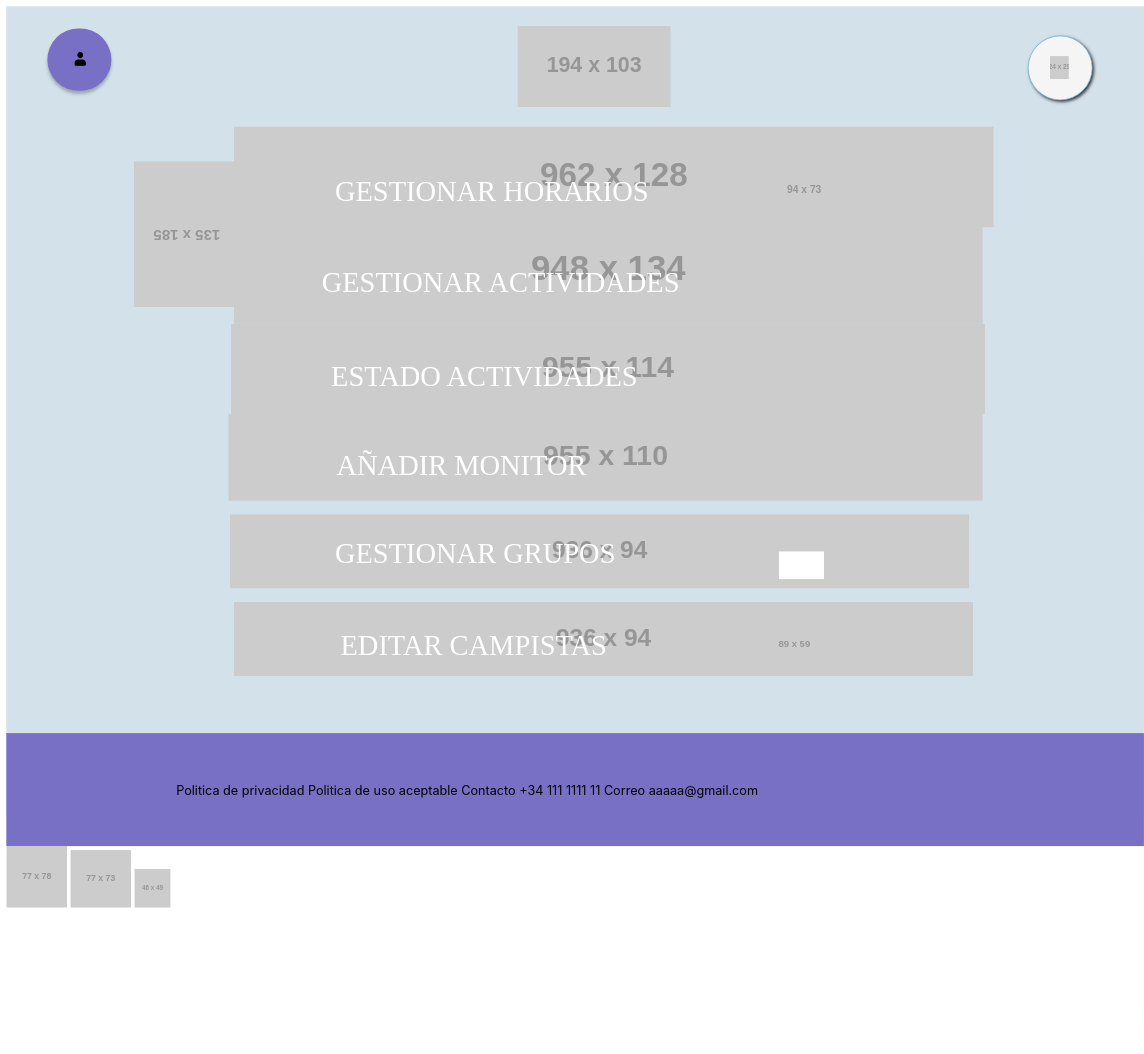
Repository: maariadomiingo/Proyecto-Integrador-Campamento
Page: html/interfaz_coordinador.html
The author's editor kept a copy of each file at every save. The page is drawn from the files as they stood at one save, then again after a run of saves.
The browser window is 1280 px wide. The page is 1448 px wide, so the pictures cover 1448 px, including what lies to the right of the window. The pictures show the whole page, at 79% of full size.

Above is the page before, as saved 2025-01-31 12:02:49.

### html/interfaz_coordinador.html
<div style="width: 1440px; height: 1063px; position: relative; background: white">
    <div style="width: 100%; height: 1025px; left: 0px; top: 0px; position: absolute; background: #D3E1EB"></div>
    <div style="width: 81px; height: 79px; left: 52px; top: 28px; position: absolute; background: #7770C5; box-shadow: 0px 4px 4px rgba(0, 0, 0, 0.25); border-radius: 9999px"></div>
    <img style="width: 19px; height: 21px; left: 84px; top: 56px; position: absolute" src="../img/user.png" />
    <div style="width: 80px; height: 80px; left: 1293px; top: 37px; position: absolute; background: #F5F5F5; box-shadow: 2px 2px 4px rgba(0, 0, 0, 0.75); border-radius: 9999px; border: 1px #7AB3D7 solid"></div>
    <img style="width: 24px; height: 29px; left: 1321px; top: 63px; position: absolute" src="https://via.placeholder.com/24x29" />
    <div style="width: 1440px; height: 143px; left: 0px; top: 920px; position: absolute; background: #7770C5"></div>
    <div style="width: 1009px; left: 215px; top: 982px; position: absolute; color: black; font-size: 16px; font-family: Inter; font-weight: 400; word-wrap: break-word">Politica de privacidad                 Politica de uso aceptable                 Contacto +34 111 1111 11                  Correo aaaaa@gmail.com</div>
    <div style="width: 407px; height: 125px; left: 187px; top: 300px; position: absolute"></div>
    <img style="width: 936px; height: 94px; left: 288px; top: 754px; position: absolute" src="https://via.placeholder.com/936x94" />
    <img style="width: 936px; height: 94px; left: 283px; top: 643px; position: absolute" src="https://via.placeholder.com/936x94" />
    <div style="width: 955px; height: 110px; left: 281px; top: 516px; position: absolute">
      <img style="width: 955px; height: 110px; left: 0px; top: 0px; position: absolute" src="https://via.placeholder.com/955x110" />
      <div style="width: 455px; height: 17.65px; left: 137px; top: 44px; position: absolute; color: white; font-size: 36px; font-family: Montserrat; font-weight: 500; word-wrap: break-word">AÑADIR MONITOR</div>
    </div>
    <div style="width: 955px; height: 114px; left: 284px; top: 402px; position: absolute">
      <img style="width: 955px; height: 114px; left: 0px; top: 0px; position: absolute" src="https://via.placeholder.com/955x114" />
      <div style="width: 533px; height: 18.30px; left: 127px; top: 46.41px; position: absolute; color: white; font-size: 36px; font-family: Montserrat; font-weight: 500; word-wrap: break-word">ESTADO ACTIVIDADES</div>
    </div>
    <div style="width: 948px; height: 134px; left: 288px; top: 268px; position: absolute">
      <img style="width: 948px; height: 134px; left: 0px; top: 0px; position: absolute" src="https://via.placeholder.com/948x134" />
      <div style="width: 566.81px; height: 21.51px; left: 111.19px; top: 61.17px; position: absolute; color: white; font-size: 36px; font-family: Montserrat; font-weight: 500; word-wrap: break-word">GESTIONAR ACTIVIDADES</div>
    </div>
    <img style="width: 135px; height: 185px; left: 296px; top: 381px; position: absolute; transform: rotate(180deg); transform-origin: 0 0" src="https://via.placeholder.com/135x185" />
    <div style="width: 651px; height: 863px; left: 670px; top: 463px; position: absolute"></div>
    <div style="width: 962px; height: 128px; left: 288px; top: 152px; position: absolute">
      <img style="width: 962px; height: 128px; left: 0px; top: 0px; position: absolute" src="https://via.placeholder.com/962x128" />
      <div style="width: 584.25px; height: 20.54px; left: 127.93px; top: 60.84px; position: absolute; color: white; font-size: 36px; font-family: Montserrat; font-weight: 500; word-wrap: break-word">GESTIONAR HORARIOS</div>
      <img style="width: 93.68px; height: 73.48px; left: 674.91px; top: 44.25px; position: absolute" src="https://via.placeholder.com/94x73" />
    </div>
    <img style="width: 194px; height: 103px; left: 647px; top: 25px; position: absolute" src="https://via.placeholder.com/194x103" />
    <img style="width: 89px; height: 59px; left: 953px; top: 778px; position: absolute" src="https://via.placeholder.com/89x59" />
    <div style="width: 100px; height: 100px; left: 646px; top: 210px; position: absolute"></div>
    <div style="width: 455px; height: 60px; left: 423px; top: 788px; position: absolute; color: white; font-size: 36px; font-family: Montserrat; font-weight: 500; word-wrap: break-word">EDITAR CAMPISTAS</div>
    <div style="width: 455px; height: 17.65px; left: 416px; top: 672px; position: absolute; color: white; font-size: 36px; font-family: Montserrat; font-weight: 500; word-wrap: break-word">GESTIONAR GRUPOS</div>
    <div style="width: 69px; height: 70px; padding-left: 5.75px; padding-right: 5.75px; padding-top: 17.50px; padding-bottom: 17.50px; left: 966px; top: 655px; position: absolute; flex-direction: column; justify-content: center; align-items: center; display: inline-flex">
      <div style="width: 57.50px; height: 35px; background: white"></div>
    </div>
  </div>
  <img style="width: 77px; height: 78px" src="https://via.placeholder.com/77x78" />
  <img style="width: 77px; height: 73px" src="https://via.placeholder.com/77x73" />
  <img style="width: 46px; height: 49px" src="https://via.placeholder.com/46x49" />

After the next 4 saves:
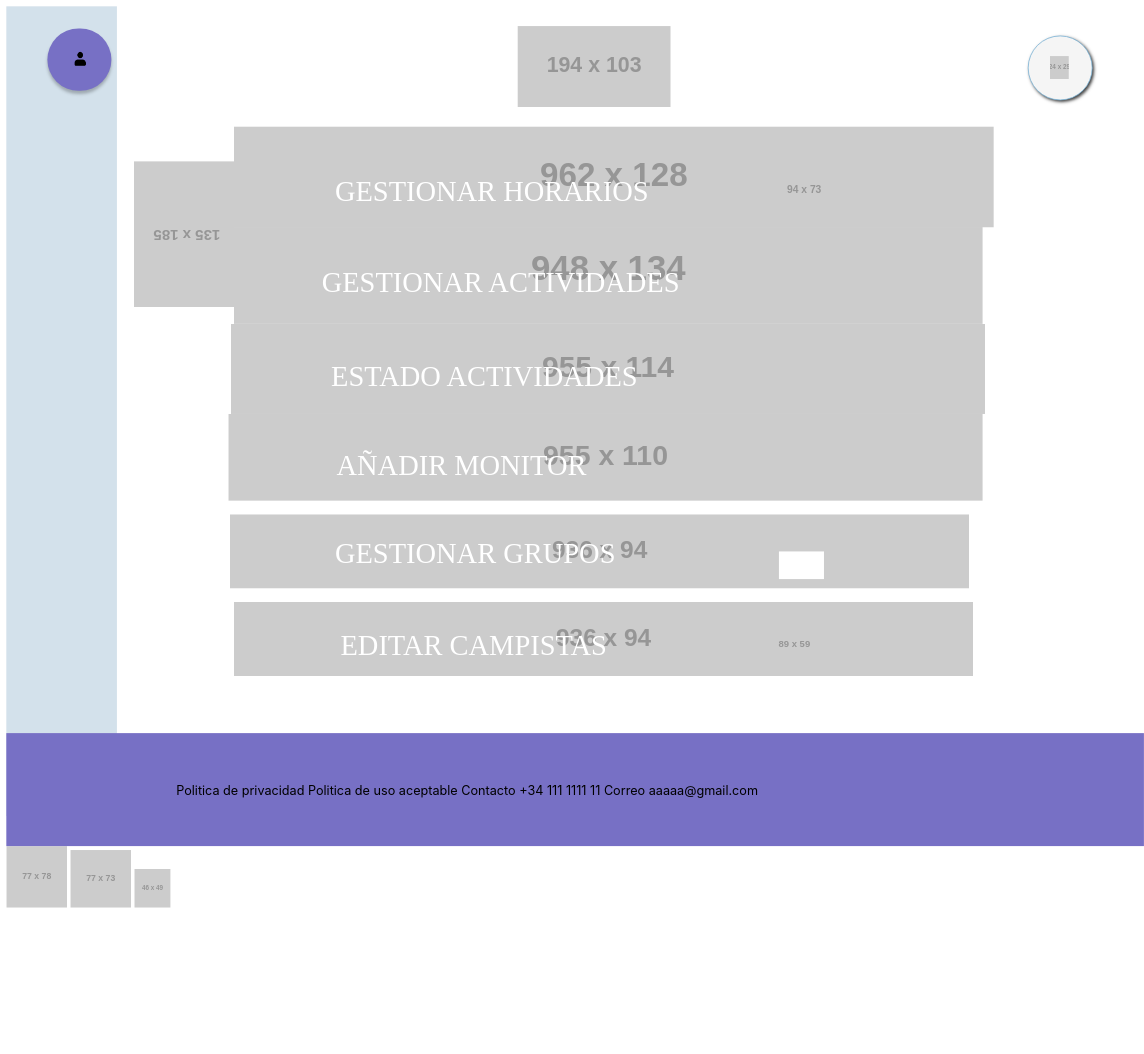
The 4 saves are shown as one change because they came seconds apart.
The last was saved 31 s later.
--- a/html/interfaz_coordinador.html
+++ b/html/interfaz_coordinador.html
@@ -1,5 +1,5 @@
 <div style="width: 1440px; height: 1063px; position: relative; background: white">
-    <div style="width: 100%; height: 1025px; left: 0px; top: 0px; position: absolute; background: #D3E1EB"></div>
+    <div style="width: 140px; height: 1025px; left: 0px; top: 0px; position: absolute; background: #D3E1EB"></div>
     <div style="width: 81px; height: 79px; left: 52px; top: 28px; position: absolute; background: #7770C5; box-shadow: 0px 4px 4px rgba(0, 0, 0, 0.25); border-radius: 9999px"></div>
     <img style="width: 19px; height: 21px; left: 84px; top: 56px; position: absolute" src="../img/user.png" />
     <div style="width: 80px; height: 80px; left: 1293px; top: 37px; position: absolute; background: #F5F5F5; box-shadow: 2px 2px 4px rgba(0, 0, 0, 0.75); border-radius: 9999px; border: 1px #7AB3D7 solid"></div>
